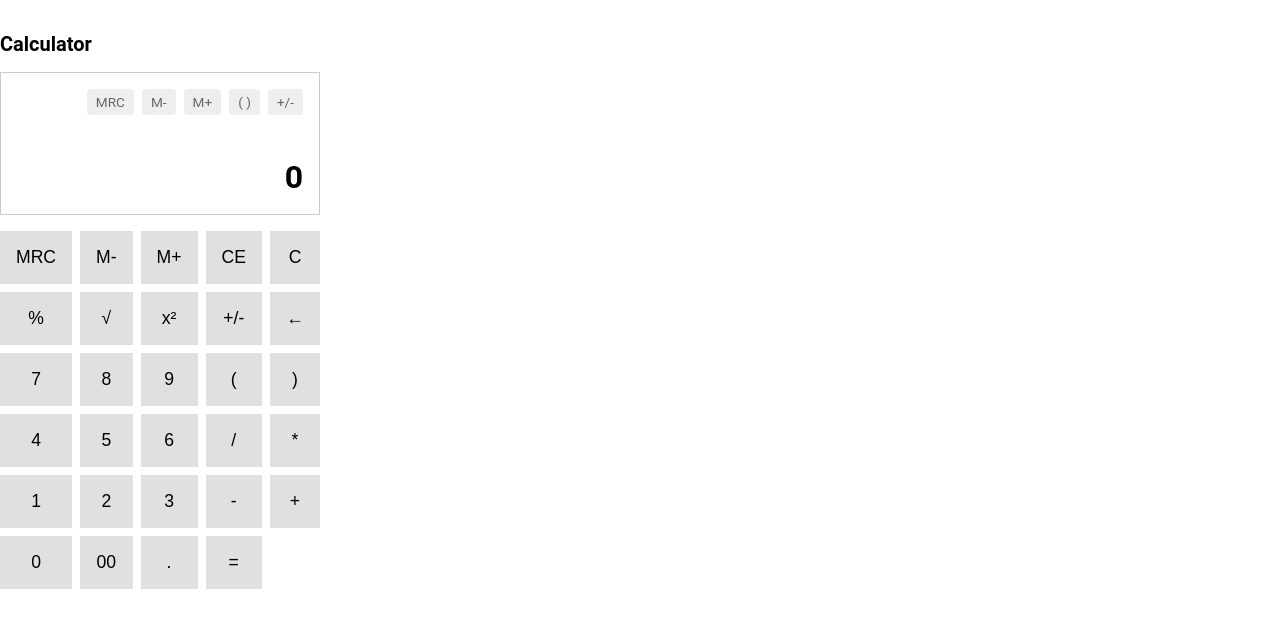
Repository: Denis793/CalculatorNew
Page: index.html
These files come from the project's save history. The page is drawn as it stood at one moment and after the next save; the edit follows.
The browser window is 1280 px wide. The pictures show the whole page.
The style sheet was rebuilt from its Sass, Less or Tailwind sources for each picture, by a compiler version that may differ from the author's.

Above is the page before, as saved 2025-05-17 17:26:12.

After the next save:
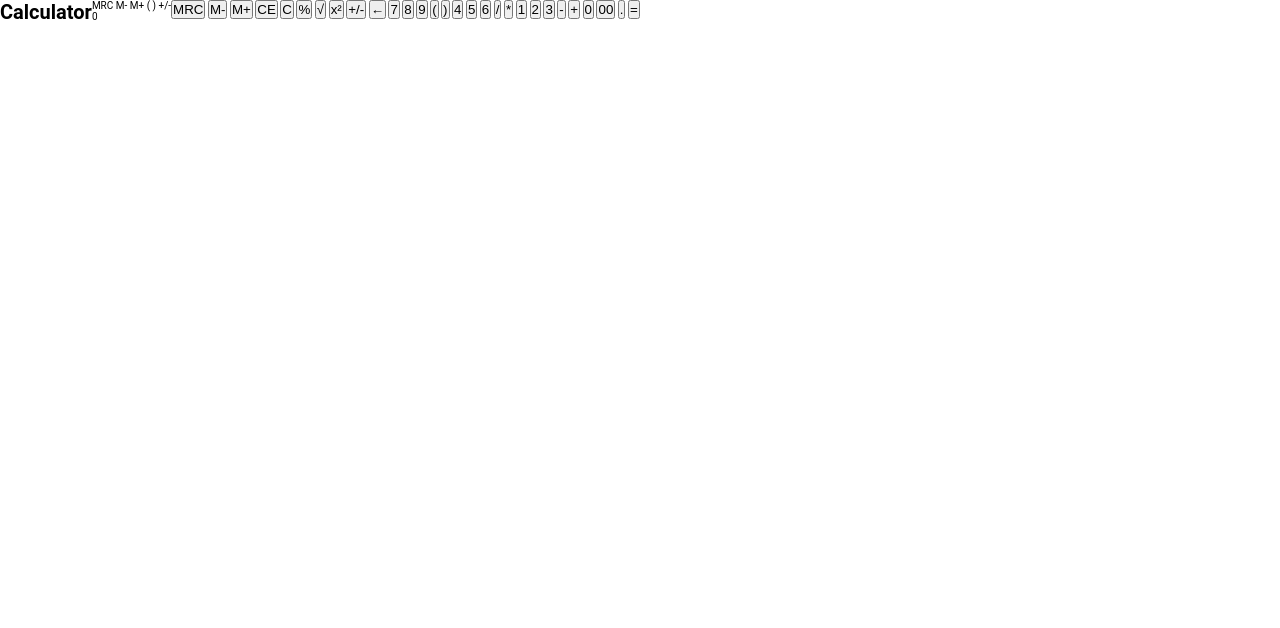
Saved 109 s later.
--- a/app/style/scss/main.scss
+++ b/app/style/scss/main.scss
@@ -1,96 +1,5 @@
 @use 'reset' as *;
 
-h1 {
-  margin-bottom: 1rem;
+.calculatorContainer {
+  display: flex;
 }
-
-.calculatorContainer {
-  margin: 2rem auto;
-}
-
-.display {
-  display: flex;
-  flex-direction: column;
-  align-items: flex-end;
-  width: 100%;
-  max-width: 320px;
-  background: #fff;
-  padding: 1rem;
-  border: 1px solid #ccc;
-  margin-bottom: 1rem;
-}
-
-.previous {
-  font-size: 0.8rem;
-  color: #888;
-  height: 1.2rem;
-}
-
-.current {
-  font-size: 2rem;
-  font-weight: bold;
-  min-height: 2.5rem;
-  color: #000;
-}
-
-.current.off {
-  color: #aaa;
-  font-style: italic;
-}
-
-#historyList {
-  margin-top: 0.5rem;
-  font-size: 0.8rem;
-  list-style: none;
-  padding: 0;
-  color: #666;
-}
-
-.keypad {
-  display: grid;
-  grid-template-columns: repeat(5, 1fr);
-  gap: 0.5rem;
-  max-width: 320px;
-  width: 100%;
-}
-
-.button {
-  padding: 1rem;
-  background: #e0e0e0;
-  border: none;
-  font-size: 1.1rem;
-  cursor: pointer;
-  transition: background 0.2s ease;
-}
-
-.button:hover {
-  background: #d0d0d0;
-}
-
-.button.active-operator {
-  background: #ffd700;
-  color: #000;
-}
-
-.indicators {
-  display: flex;
-  flex-wrap: wrap;
-  gap: 8px;
-  justify-content: center;
-  margin-bottom: 1rem;
-}
-
-.indicator {
-  padding: 4px 8px;
-  border-radius: 4px;
-  background: #eee;
-  border: 1px solid transparent;
-  font-size: 0.85rem;
-  color: #666;
-}
-
-.indicator.active {
-  background-color: #2d8cf0;
-  color: white;
-  border-color: #2d8cf0;
-}
